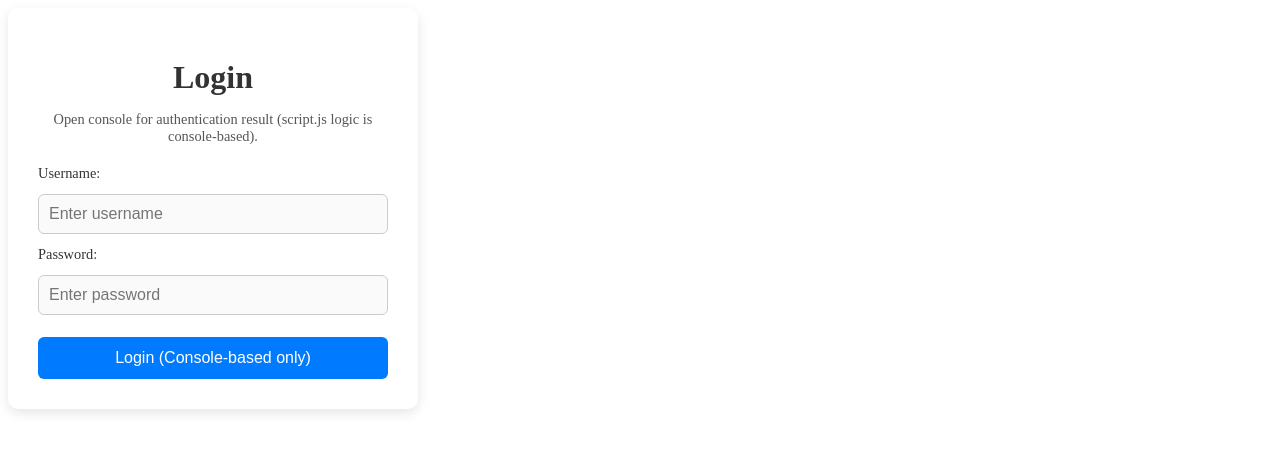
Repository: AdityaTech-Pro/FullStackWithBridgelabz
Page: login form/index.html
An editor plug-in stored every save of this project. The page is shown before and after the next save, followed by the edit.
The browser window is 1280 px wide. The pictures show the whole page.

Above is the page before, as saved 2025-11-17 09:18:30.

### login form/index.html
<!DOCTYPE html>
<html lang="en">

<head>
    <meta charset="UTF-8" />
    <meta name="viewport" content="width=device-width, initial-scale=1.0" />
    <title>Login Page</title>
    <link rel="stylesheet" href="./style.css" />
</head>

<body>
    <main class="login-container">
        <h1>Login</h1>
        <p>Open console for authentication result (script.js logic is console-based).</p>


        <div class="login-box">
            <label>Username:</label>
            <input type="text" placeholder="Enter username" disabled>


            <label>Password:</label>
            <input type="password" placeholder="Enter password" disabled>


            <button disabled>Login (Console-based only)</button>
        </div>
    </main>


    <script src="script.js"></script>
</body>

</html>

### login form/style.css

   //LOGIN PAGE - STYLED WITH STANDARD MODERN COLORS

body {
  margin: 0;
  padding: 0;
  font-family: Arial, Helvetica, sans-serif;
  background: #f0f2f5; /* Light grey background */
  display: flex;
  justify-content: center;
  align-items: center;
  height: 100vh;
}

.login-container {
  background: #ffffff; /* White card background */
  padding: 30px;
  border-radius: 10px;
  width: 350px;
  box-shadow: 0 4px 12px rgba(0, 0, 0, 0.1); /* Soft shadow */
  text-align: center;
}

h1 {
  margin-bottom: 10px;
  color: #333333; /* Dark text */
}

p {
  color: #555555; /* Medium grey */
  font-size: 0.9rem;
  margin-bottom: 20px;
}

.login-box {
  display: flex;
  flex-direction: column;
  gap: 12px;
}

label {
  text-align: left;
  font-size: 0.9rem;
  color: #333333;
}

input {
  padding: 10px;
  border: 1px solid #cccccc;
  border-radius: 6px;
  font-size: 1rem;
}

button {
  padding: 12px;
  background: #007bff; /* Standard blue button */
  color: white;
  border: none;
  border-radius: 6px;
  cursor: not-allowed; /* Disabled on purpose */
  font-size: 1rem;
  margin-top: 10px;
}

### login form/script.js
// Sample stored credentials (for demo purposes)
const storedUsername = "admin";
const storedPassword = "12345";

// User-provided login values (in a real system, these would come from inputs)
const inputUsername = "admin"; // modify to test
const inputPassword = "12345"; // modify to test

console.log("================ LOGIN AUTHENTICATION ================");
console.log(`Entered Username: ${inputUsername}`);
console.log(`Entered Password: ${inputPassword}`);
console.log("-------------------------------------------------------");

// Authentication logic
if (inputUsername === storedUsername && inputPassword === storedPassword) {
    console.log("Login Successful ✔");
    console.log("Welcome to the system!");
} else {
    console.log("Login Failed ✘");
    console.log("Invalid username or password.");
}

console.log("=======================================================");

After the next save:
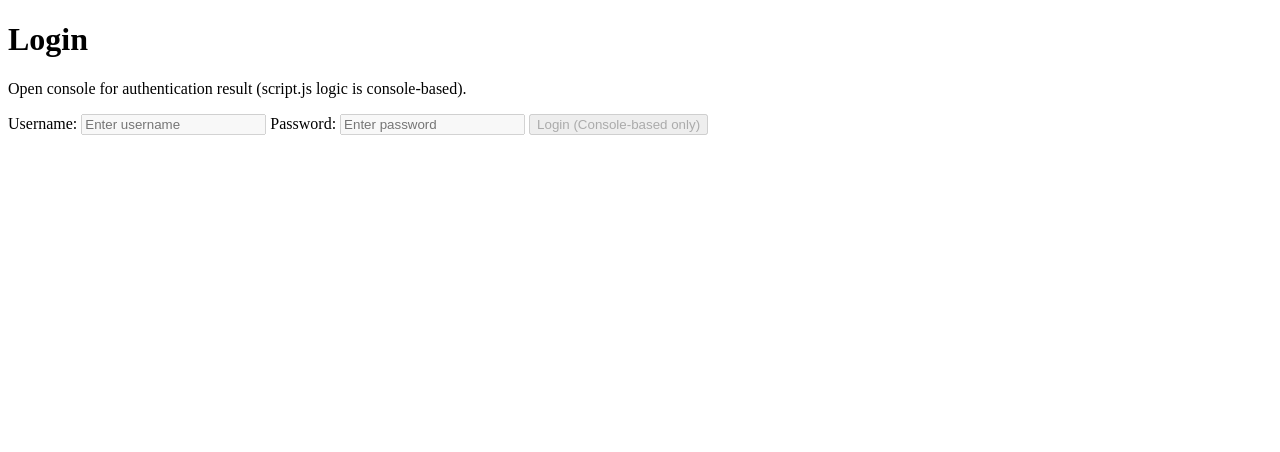
Not found: login form/style.cssstyle.css
Saved 12 s later.
--- a/login form/index.html
+++ b/login form/index.html
@@ -5,7 +5,7 @@
     <meta charset="UTF-8" />
     <meta name="viewport" content="width=device-width, initial-scale=1.0" />
     <title>Login Page</title>
-    <link rel="stylesheet" href="./style.css" />
+    <link rel="stylesheet" href="./style.cssstyle.css" />
 </head>
 
 <body>

After the save that followed:
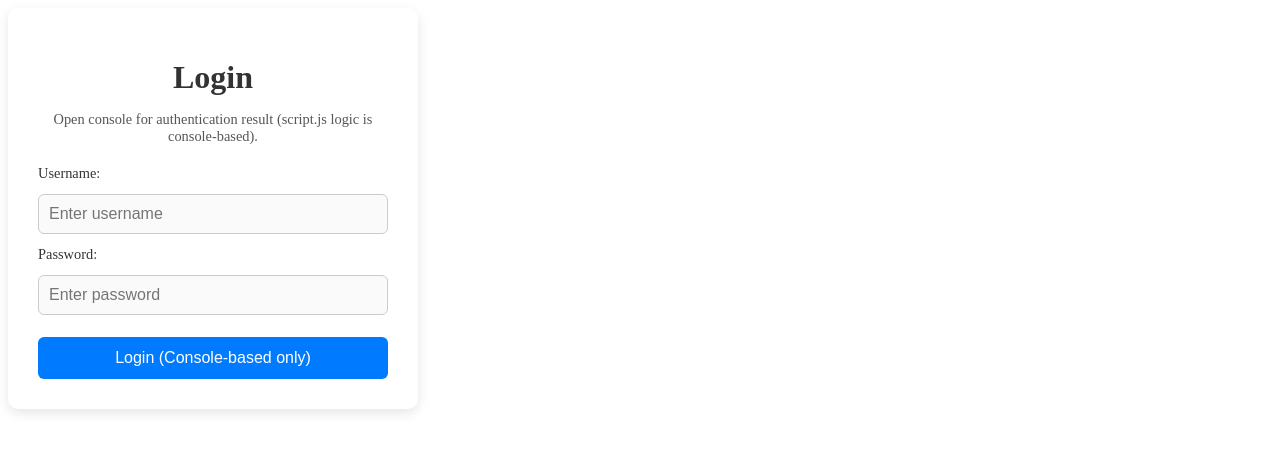
Saved 6 s later.
--- a/login form/index.html
+++ b/login form/index.html
@@ -5,7 +5,7 @@
     <meta charset="UTF-8" />
     <meta name="viewport" content="width=device-width, initial-scale=1.0" />
     <title>Login Page</title>
-    <link rel="stylesheet" href="./style.cssstyle.css" />
+    <link rel="stylesheet" href="./style.css" />
 </head>
 
 <body>
